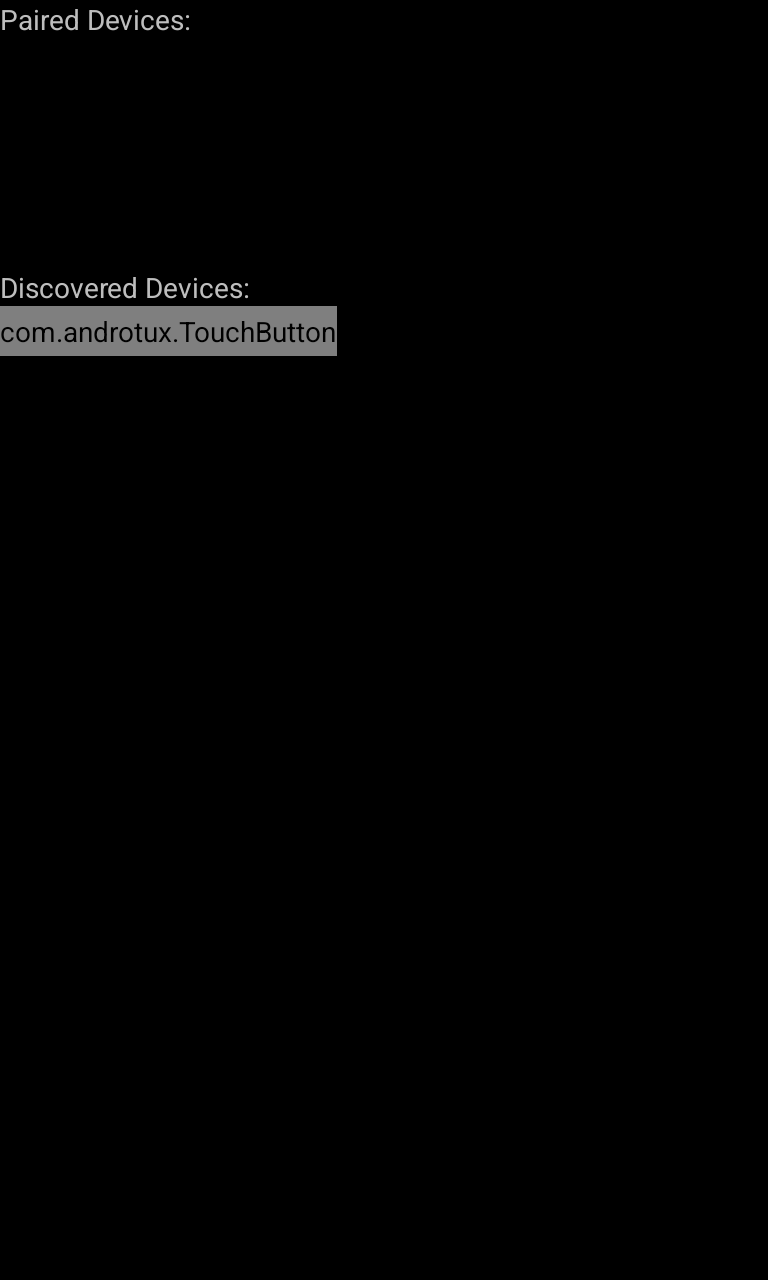
Repository: itayrom/androtux
Layout: app/AndroTux/res/layout/fragment_settings.xml
An editor plug-in stored every save of this project. The layout is shown before and after the next save, followed by the edit.
Pictures or frames that could not be fetched are drawn as grey boxes. It is drawn on a 768 x 1280 px phone screen (xhdpi) without system bars, with theme android:Theme.NoTitleBar.Fullscreen; the app's code is not run. Lists and similar views that code fills are empty.

Above is the layout before, as saved 2014-09-04 23:02:06.

### app/AndroTux/res/layout/fragment_settings.xml
<!--
  Android Remote for Tux (AndroTux)
  Copyright (C) 2014 Itay Rom <1t4yr0m@gmail.com> Tal Sabo <tal.sabo@gmail.com>

  This program is free software: you can redistribute it and/or modify
  it under the terms of the GNU General Public License as published by
  the Free Software Foundation, either version 3 of the License, or
  (at your option) any later version.

  This program is distributed in the hope that it will be useful,
  but WITHOUT ANY WARRANTY; without even the implied warranty of
  MERCHANTABILITY or FITNESS FOR A PARTICULAR PURPOSE.  See the
  GNU General Public License for more details.

  You should have received a copy of the GNU General Public License
  along with this program.  If not, see <http://www.gnu.org/licenses/>.
-->
<LinearLayout xmlns:android="http://schemas.android.com/apk/res/android"
    android:layout_width="fill_parent"
    android:layout_height="fill_parent"
    android:orientation="vertical" >

    <TextView
        android:layout_width="fill_parent"
        android:layout_height="wrap_content"
        android:text="Paired Devices:"/>

    <ListView
        android:id="@+id/lvPaired"
        android:layout_width="match_parent"
        android:layout_height="100dp">
    </ListView>

    <TextView
        android:layout_width="fill_parent"
        android:layout_height="wrap_content"
        android:layout_marginTop="15dp"
        android:text="Discovered Devices:"/>

    <com.androtux.TouchButton
        android:id="@+id/btnDiscover"
        android:layout_width="wrap_content"
        android:layout_height="25dp"
        android:text="Search for devices" />

    <ListView
        android:id="@+id/lvDiscovered"
        android:layout_width="match_parent"
        android:layout_height="100dp">
    </ListView>

</LinearLayout>

After the next save:
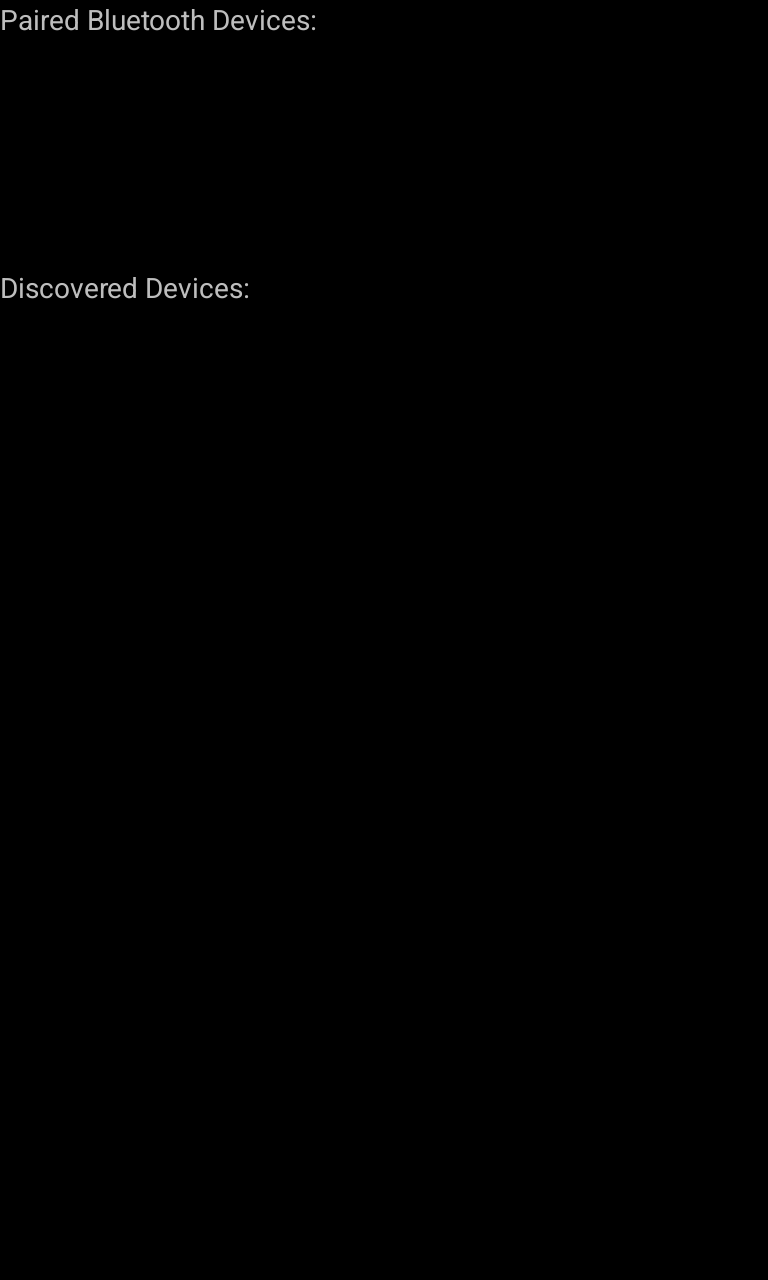
Saved 91 s later.
--- a/app/AndroTux/res/layout/fragment_settings.xml
+++ b/app/AndroTux/res/layout/fragment_settings.xml
@@ -23,7 +23,7 @@
     <TextView
         android:layout_width="fill_parent"
         android:layout_height="wrap_content"
-        android:text="Paired Devices:"/>
+        android:text="Paired Bluetooth Devices:"/>
 
     <ListView
         android:id="@+id/lvPaired"
@@ -37,16 +37,4 @@
         android:layout_marginTop="15dp"
         android:text="Discovered Devices:"/>
 
-    <com.androtux.TouchButton
-        android:id="@+id/btnDiscover"
-        android:layout_width="wrap_content"
-        android:layout_height="25dp"
-        android:text="Search for devices" />
-
-    <ListView
-        android:id="@+id/lvDiscovered"
-        android:layout_width="match_parent"
-        android:layout_height="100dp">
-    </ListView>
-
 </LinearLayout>
